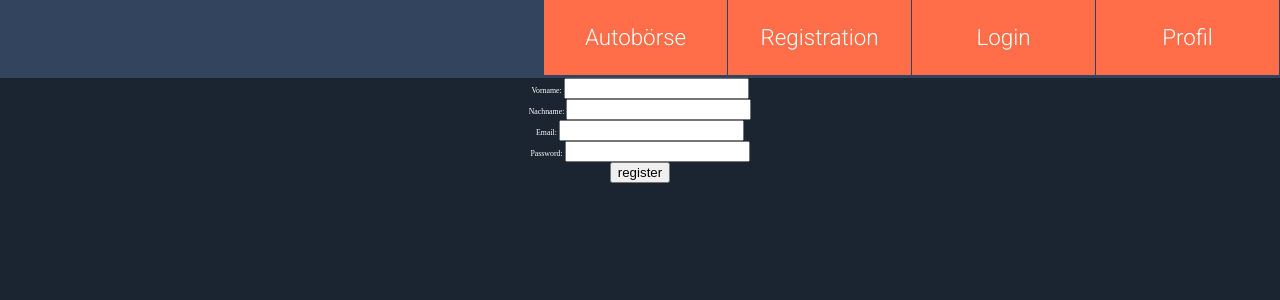
Repository: Turkelten/CarAdminstration
Page: http://localhost/Autobörse/registration.html
The author's editor kept a copy of each file at every save. The page is drawn from the files as they stood at one save, then again after the next save.
The browser window is 1280 px wide. The pictures show the whole page.
The page is served by Tomcat 9.

Above is the page before, as saved 2020-07-18 18:11:17.

After the next save:
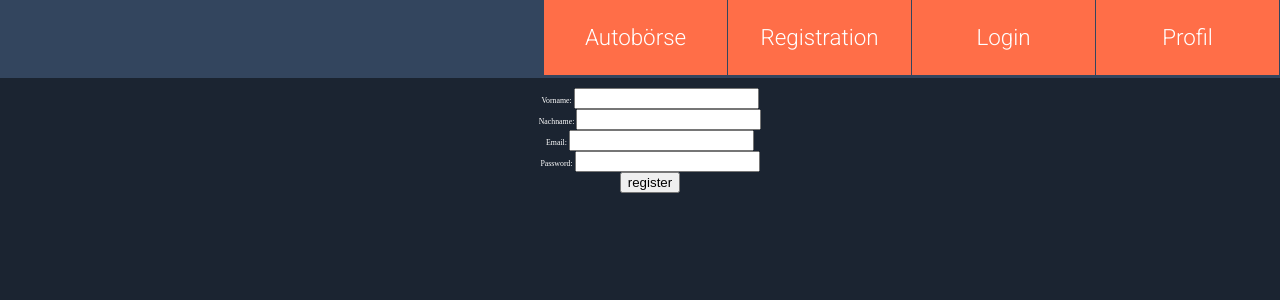
Saved 14 min 25 s later.
--- a/Autobörse/WebContent/style.css
+++ b/Autobörse/WebContent/style.css
@@ -203,7 +203,7 @@ header nav#mobile ul li:hover > ul {
 
 .page {
   	position:fixed;
-    padding:0;
+   	padding: 10px;;
     margin:0;
 
     top:7rem;
@@ -217,3 +217,8 @@ header nav#mobile ul li:hover > ul {
 	text-align: center;
 	margin-bottom: auto;
 }
+
+.grid-container {
+  display: grid;
+  grid-template-rows: 80px 200px;
+}
